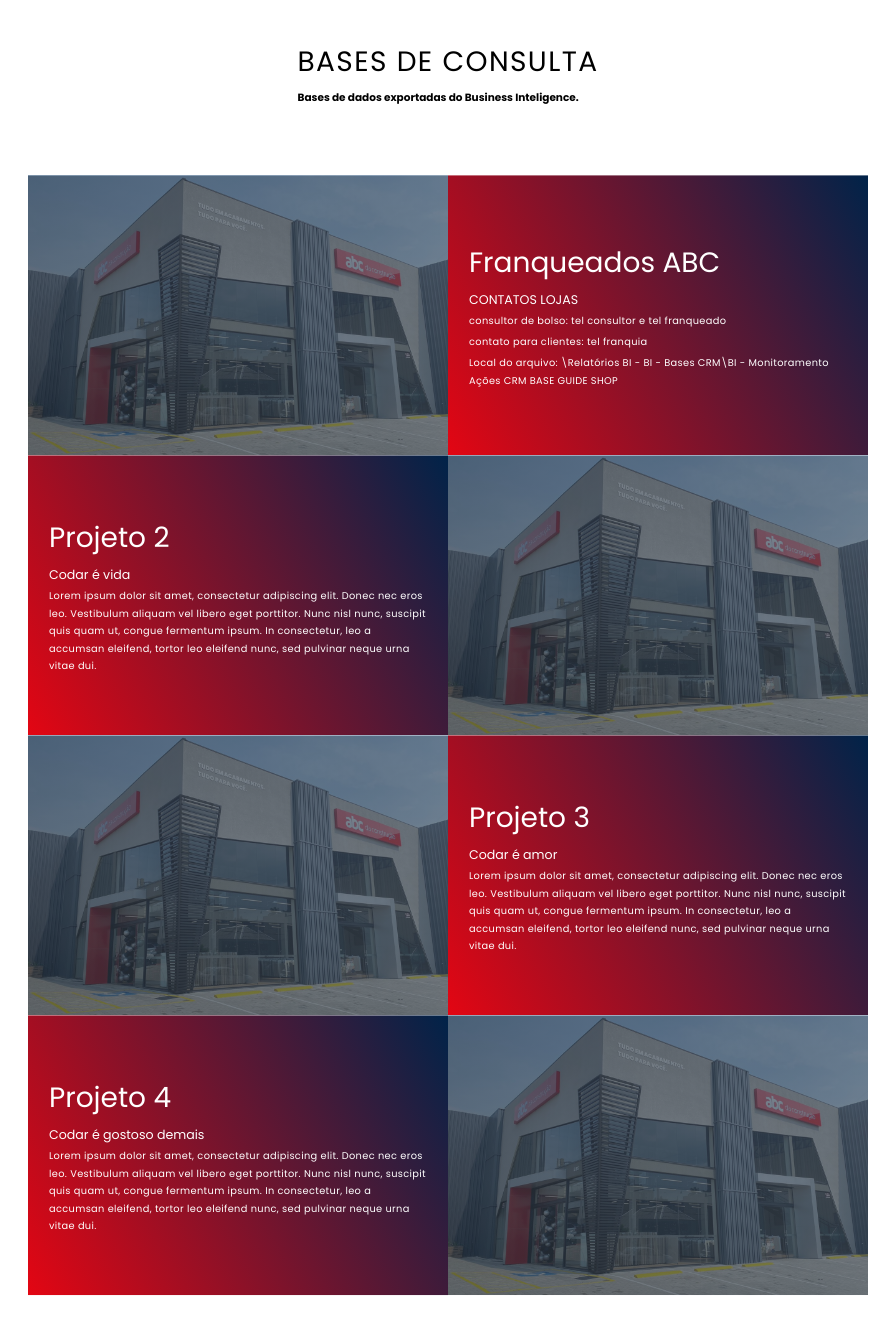
Repository: douglasabnovato/apresentacao
Page: index.html
These files come from the project's save history. The page is drawn as it stood at one moment and after the next save; the edit follows.
The browser window is 1280 px wide. The pictures show the part of the page from y = 1966 to 3886 px (the page is 13502 px tall), at 70% of full size.

Above is the page before, as saved 2025-01-14 16:56:58.

After the next save:
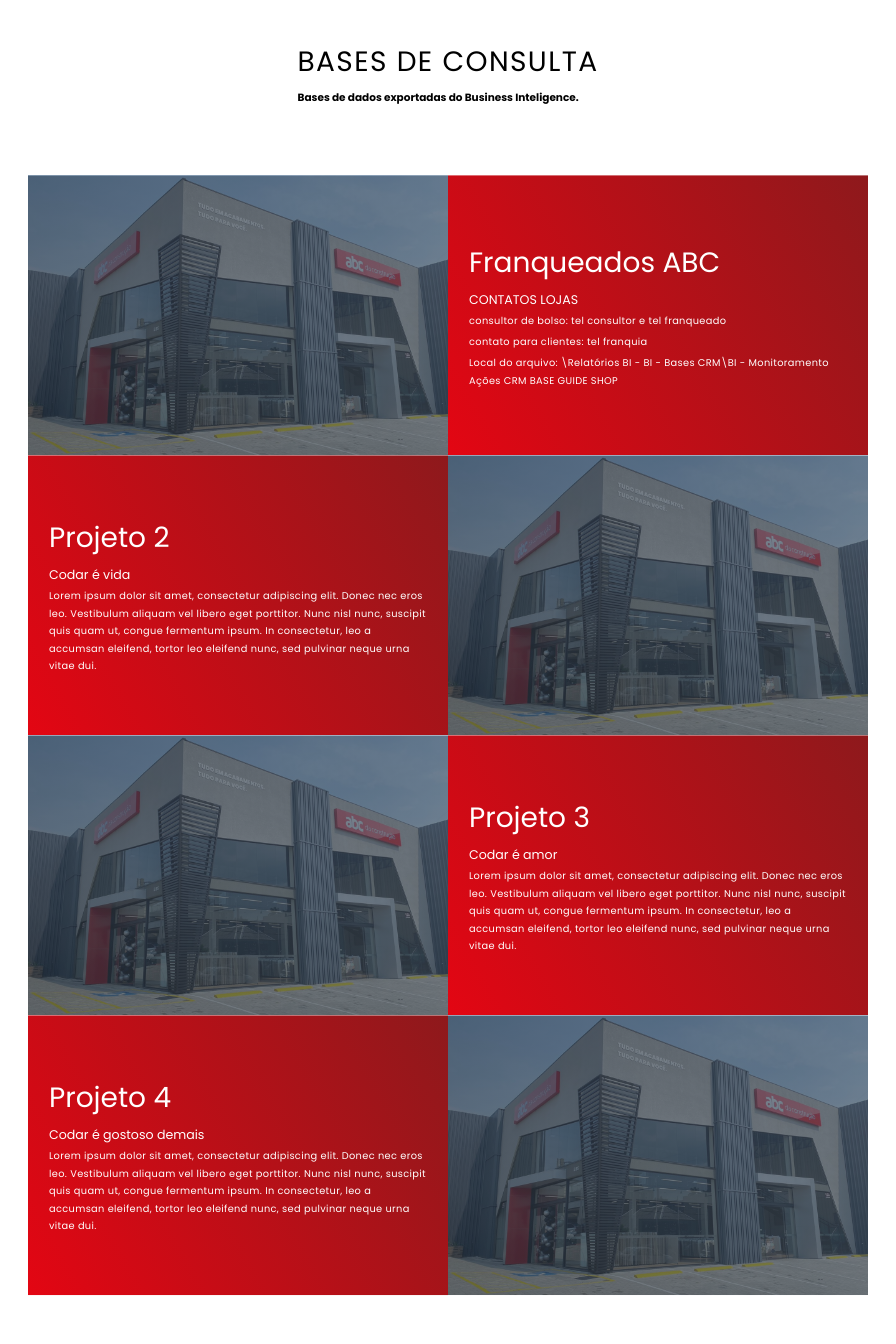
Saved 22 s later.
--- a/style.css
+++ b/style.css
@@ -278,7 +278,7 @@ p {
   align-items: flex-start;
   justify-content: center;
   flex-direction: column;
-  background-image: linear-gradient(60deg, #E30613 0%, #002349 100%);
+  background-image: linear-gradient(60deg, #E30613 0%, #8E191C 100%);
   color: white;
 }
 
